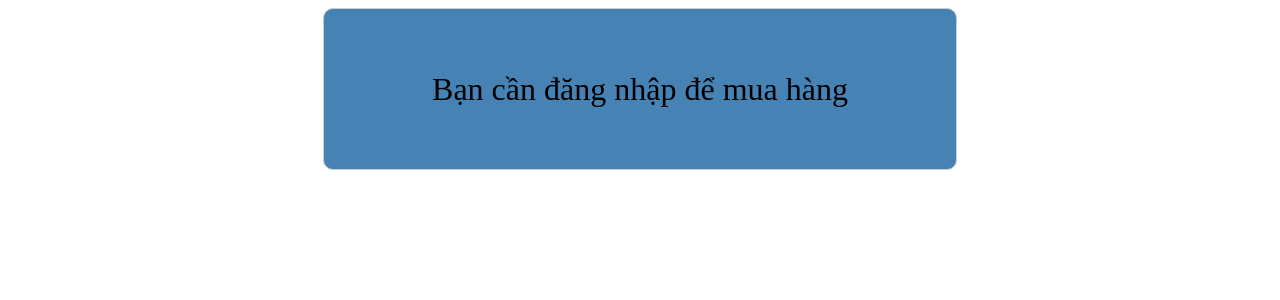
Repository: tung1233hhhhhhhhhhhhh/shoppingcart
Page: view/product/components/thongbao.html
These files come from the project's save history. The page is drawn as it stood at one moment and after the next save; the edit follows.
The browser window is 1280 px wide. The pictures show the whole page.

Above is the page before, as saved 2023-08-08 21:25:35.

### view/product/components/thongbao.html
<!DOCTYPE html>
<html lang="en">

<head>
    <meta charset="UTF-8">
    <meta name="viewport" content="width=device-width, initial-scale=1.0">
    <title>Document</title>
</head>
<style>
    .box {
        width: 50%;
        height: 10rem;
        background-color: steelblue;
        border: 1px solid #Ccc;
        border-radius: 10px;
        margin: 0 auto;
    }

    .text {
        font-size: 2rem;
        text-align: center;
        line-height: 10rem;
    }
</style>

<body>

    <div class="box">
        <div class="text">Bạn cần đăng nhập để mua hàng</div>
    </div>
</body>

</html>

After the next save:
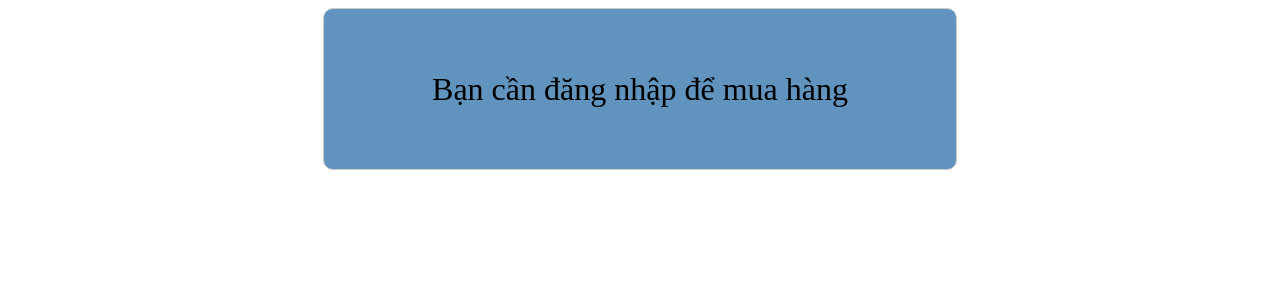
Saved 10 s later.
--- a/view/product/components/thongbao.html
+++ b/view/product/components/thongbao.html
@@ -10,7 +10,7 @@
     .box {
         width: 50%;
         height: 10rem;
-        background-color: steelblue;
+        background-color: rgb(96, 147, 189);
         border: 1px solid #Ccc;
         border-radius: 10px;
         margin: 0 auto;
